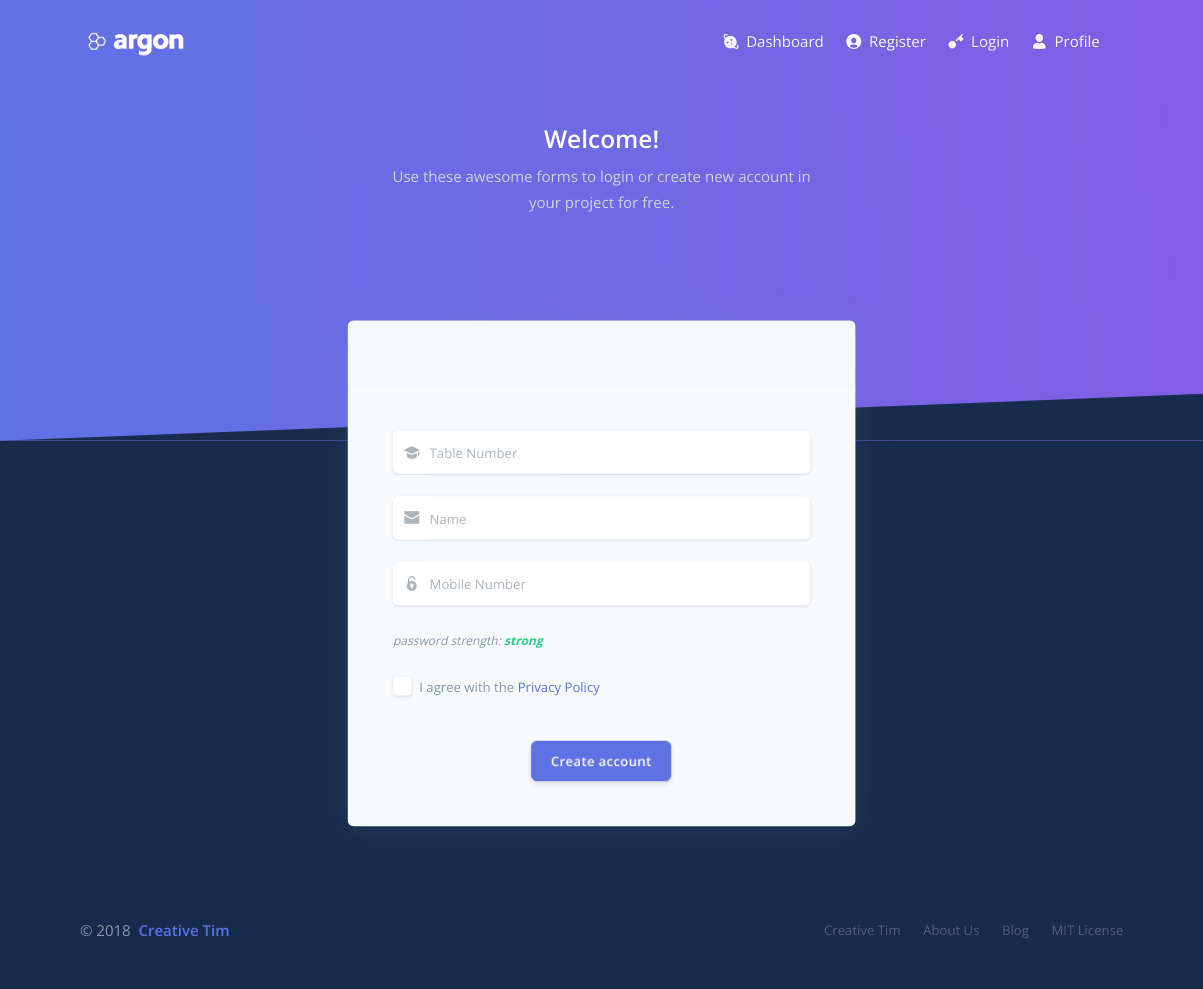
Repository: Hareeshgoli/restuarnt
Page: http://localhost/Items
An editor plug-in stored every save of this project. The page is shown before and after the next save, followed by the edit.
The browser window is 1280 px wide. The pictures show the whole page, at 94% of full size.
The page is this project's Thymeleaf template; nobody is signed in. The template is opened directly, without the code that normally fills it, so the values that code supplies are empty.

Above is the page before, as saved 2020-02-28 08:49:51.

After the next save:
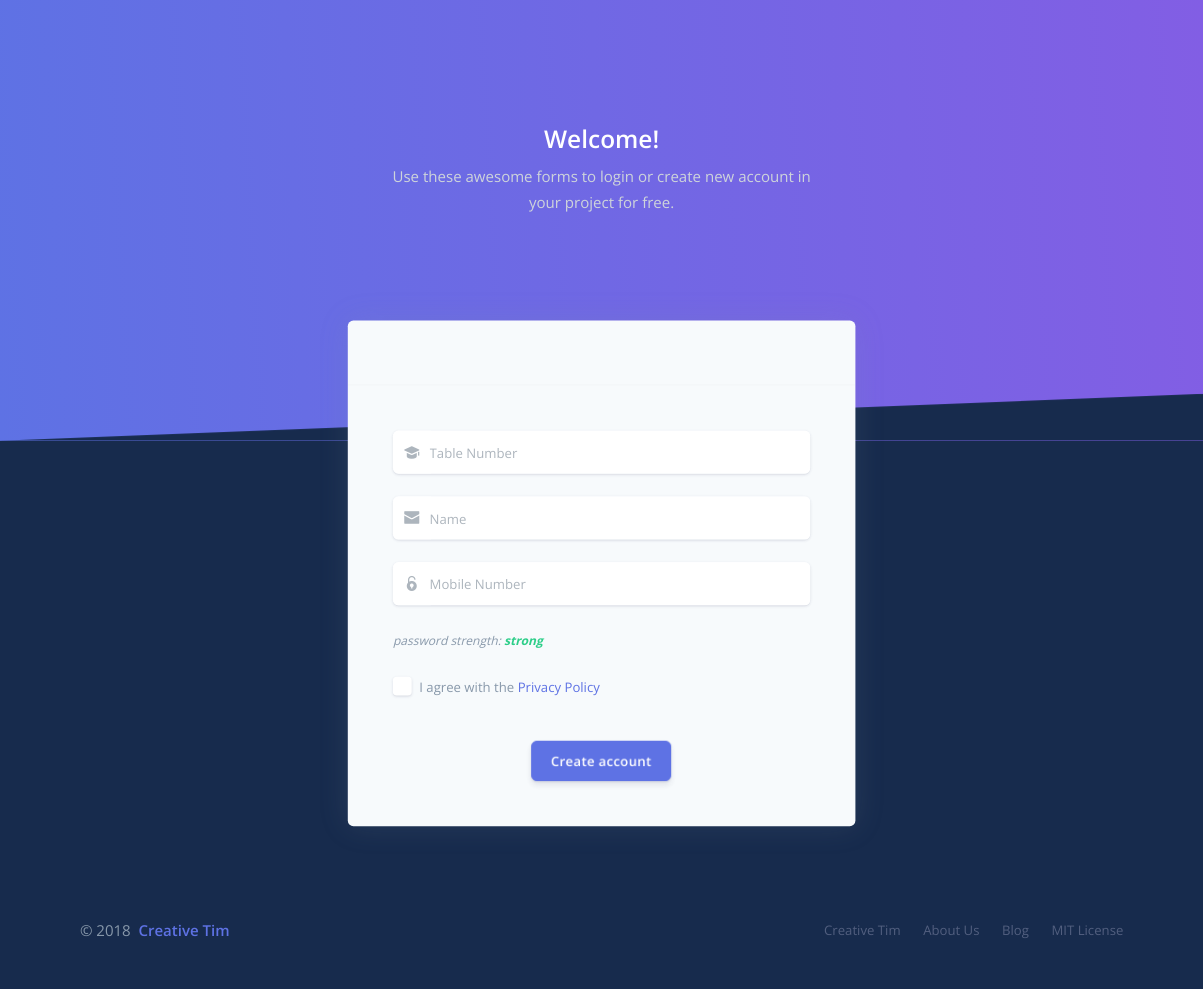
Saved 56 s later.
--- a/resturant/src/main/resources/templates/Items.html
+++ b/resturant/src/main/resources/templates/Items.html
@@ -36,7 +36,7 @@
 <body class="bg-default">
   <div class="main-content">
     <!-- Navbar -->
-    <nav class="navbar navbar-top navbar-horizontal navbar-expand-md navbar-dark">
+    <!-- <nav class="navbar navbar-top navbar-horizontal navbar-expand-md navbar-dark">
       <div class="container px-4">
         <a class="navbar-brand" href="../index.html">
           <img src="../assets/img/brand/white.png" />
@@ -45,7 +45,7 @@
           <span class="navbar-toggler-icon"></span>
         </button>
         <div class="collapse navbar-collapse" id="navbar-collapse-main">
-          <!-- Collapse header -->
+          Collapse header
           <div class="navbar-collapse-header d-md-none">
             <div class="row">
               <div class="col-6 collapse-brand">
@@ -61,7 +61,7 @@
               </div>
             </div>
           </div>
-          <!-- Navbar items -->
+          Navbar items
           <ul class="navbar-nav ml-auto">
             <li class="nav-item">
               <a class="nav-link nav-link-icon" href="../index.html">
@@ -90,7 +90,7 @@
           </ul>
         </div>
       </div>
-    </nav>
+    </nav> -->
     <!-- Header -->
     <div class="header bg-gradient-primary py-7 py-lg-8">
       <div class="container">
